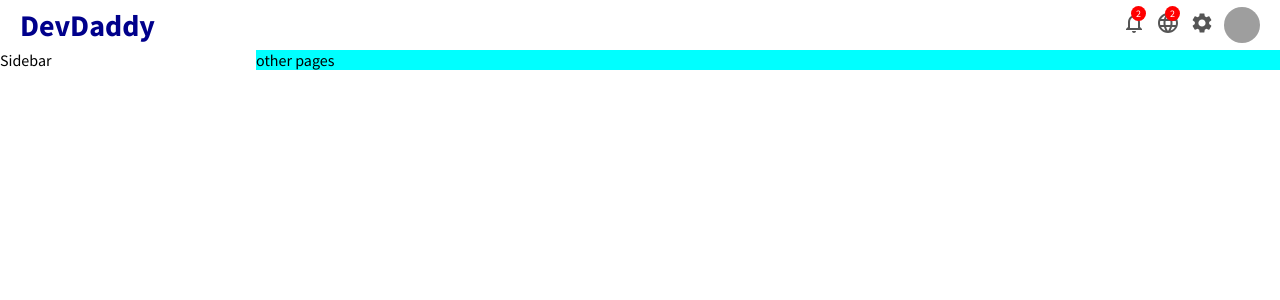
Repository: Marhamat92/react-admin-dashboard
Page: /user/1
The author's editor kept a copy of each file at every save. The page is drawn from the files as they stood at one save, then again after the next save.
The browser window is 1280 px wide. The pictures show the whole page.
Pictures or frames that could not be fetched are drawn as grey boxes. The project was rebuilt for these pictures with package versions that can differ from the ones it lists, and the page was loaded fresh each time.

Above is the page before, as saved 2023-02-07 17:31:52.

After the next save:
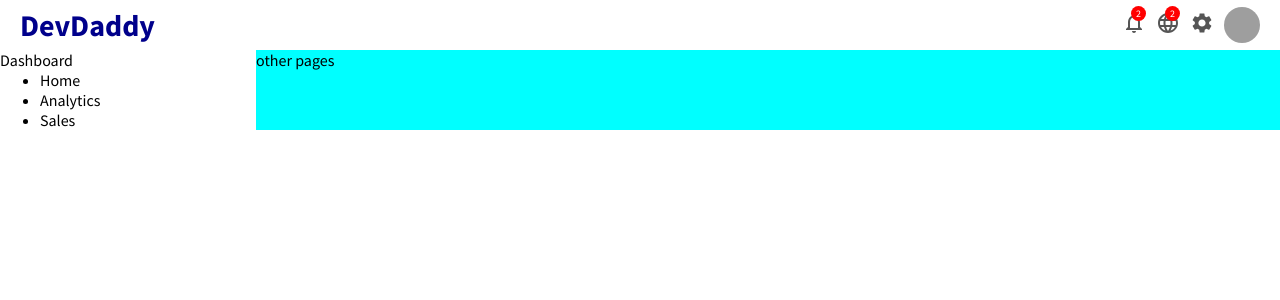
Saved 10 min 5 s later.
--- a/src/components/sidebar/Sidebar.js
+++ b/src/components/sidebar/Sidebar.js
@@ -3,7 +3,26 @@ import './sidebar.scss'
 
 function Sidebar() {
   return (
-    <div className='sidebar'>Sidebar</div>
+    <div className='sidebar'>
+      <div className='sidebarWrapper'>
+        <div className='sidebarMenu' >
+          <div className='sidebarTitle'>
+            Dashboard
+          </div>
+          <ul className='sidebarList'>
+            <li className='sidebarListItem active'>
+              Home
+            </li>
+            <li className='sidebarListItem'>
+              Analytics
+            </li>
+            <li className='sidebarListItem'>
+              Sales
+            </li>
+          </ul>
+        </div>
+      </div>
+    </div>
   )
 }
 
